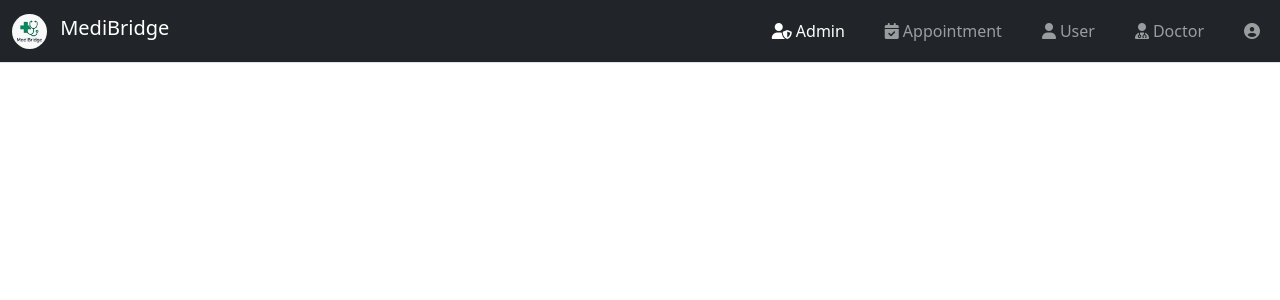
Repository: Abhinavan2004/MediBridge-hms
Page: http://localhost/Hospital_Management_System/User.jsp
An editor plug-in stored every save of this project. The page is shown before and after the next save, followed by the edit.
The browser window is 1280 px wide. The pictures show the whole page.
The page is served by Tomcat 9.

Above is the page before, as saved 2025-07-13 13:59:58.

After the next save:
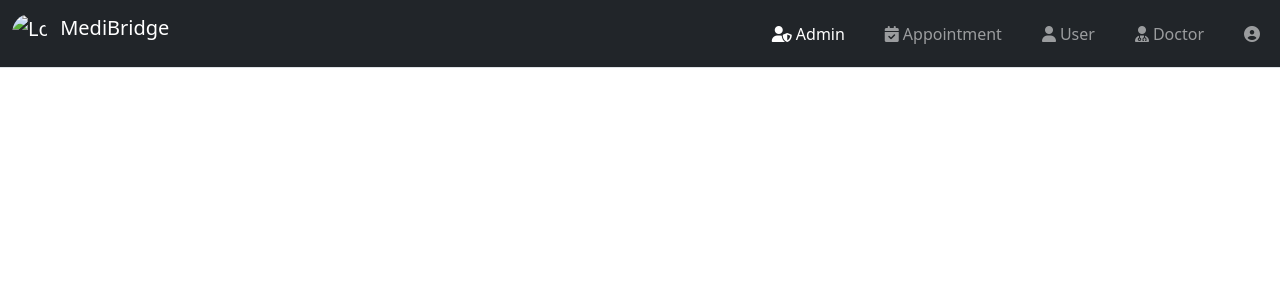
Not found: Hospital_Management_System/Hospital_Management_System/logo.png
Saved 2 min 30 s later.
--- a/Hospital_Management_System/src/main/webapp/components/navbar.jsp
+++ b/Hospital_Management_System/src/main/webapp/components/navbar.jsp
@@ -12,7 +12,7 @@
 <nav class="navbar navbar-expand-lg navbar-dark bg-dark border-bottom">
 <div class="container-fluid">
 <a class="navbar-brand" href="#">
-<img src="../assets/logo.png" alt="Logo" width="35" height="40" class="d-inline-block align-text-top me-2 rounded-circle"
+<img src="logo.png" alt="Logo" width="35" height="40" class="d-inline-block align-text-top me-2 rounded-circle"
      onerror="this.style.display='none'">
 MediBridge
 </a>

After the save that followed:
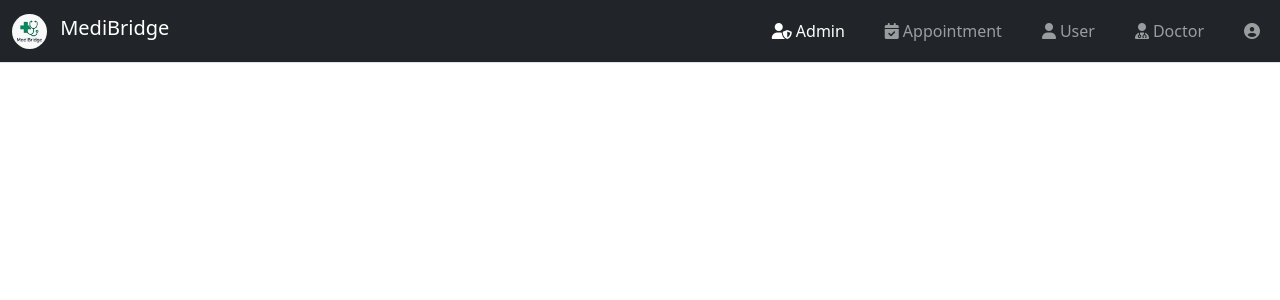
Saved 7 s later.
--- a/Hospital_Management_System/src/main/webapp/components/navbar.jsp
+++ b/Hospital_Management_System/src/main/webapp/components/navbar.jsp
@@ -12,7 +12,7 @@
 <nav class="navbar navbar-expand-lg navbar-dark bg-dark border-bottom">
 <div class="container-fluid">
 <a class="navbar-brand" href="#">
-<img src="logo.png" alt="Logo" width="35" height="40" class="d-inline-block align-text-top me-2 rounded-circle"
+<img src="../assets/logo.png" alt="Logo" width="35" height="40" class="d-inline-block align-text-top me-2 rounded-circle"
      onerror="this.style.display='none'">
 MediBridge
 </a>
